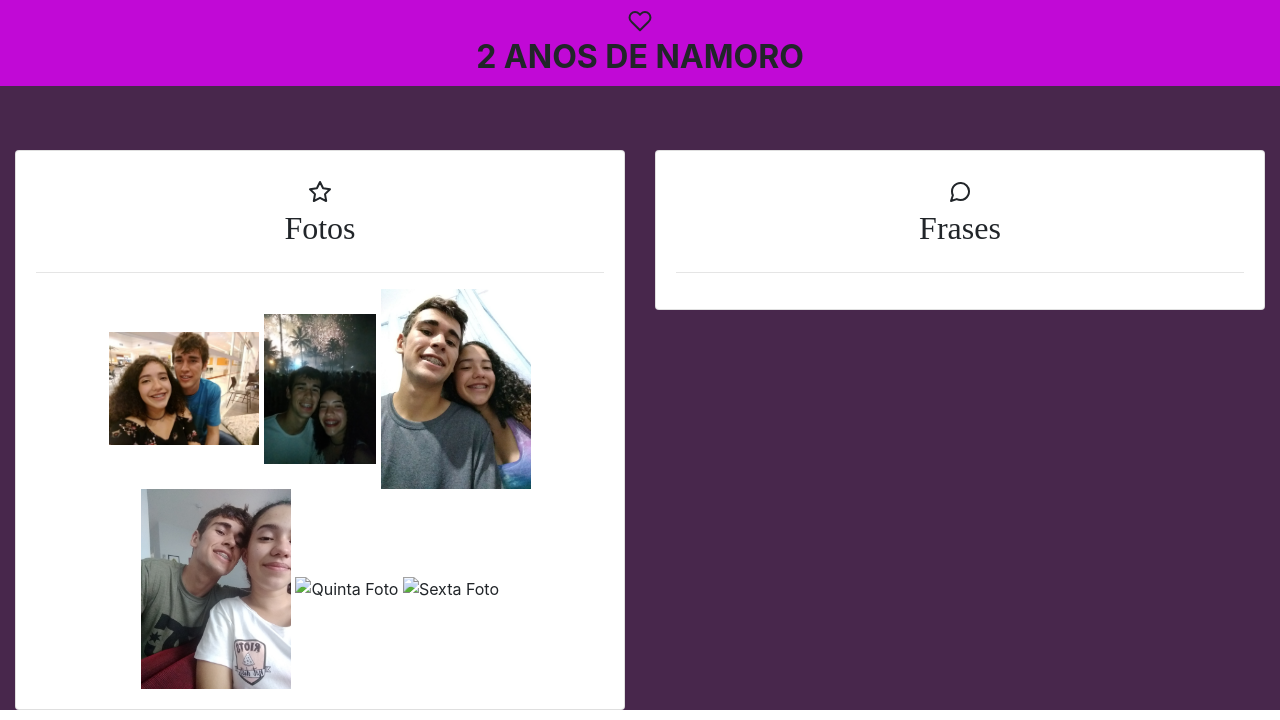
Repository: MeuAmor/meuamor.github.io
Page: index.html
The author's editor kept a copy of each file at every save. The page is drawn from the files as they stood at one save, then again after the next save.
The browser window is 1280 px wide. The pictures show the whole page.

Above is the page before, as saved 2019-08-20 22:57:28.
Not found: imagens/quinta_foto.jpg
Not found: imagens/sexta_foto.jpg

After the next save:
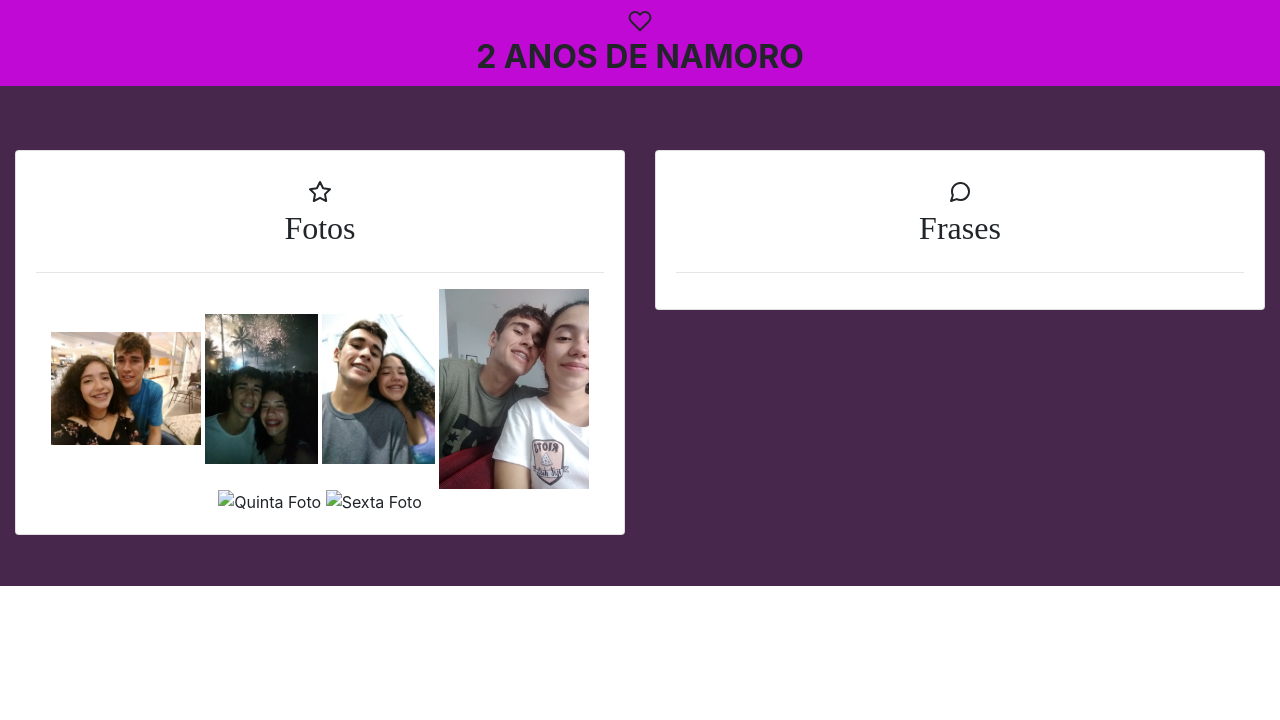
Saved 18 s later.
--- a/index.html
+++ b/index.html
@@ -92,7 +92,7 @@
                 <div class="text-center">
                     <img src="imagens/primeira_foto.jpg" alt="Primeira Foto" width="150px;">
                     <img src="imagens/segunda_foto.jpg" alt="Segunda Foto" height="150px;">
-                    <img src="imagens/terceira_foto.jpg" alt="Terceira Foto" width="150px;">
+                    <img src="imagens/terceira_foto.jpg" alt="Terceira Foto" height="150px;">
                     <img src="imagens/quarta_foto.jpg" alt="Quarta Foto" width="150px;">
                     <img src="imagens/quinta_foto.jpg" alt="Quinta Foto" width="150px;">
                     <img src="imagens/sexta_foto.jpg" alt="Sexta Foto" width="150px;">
